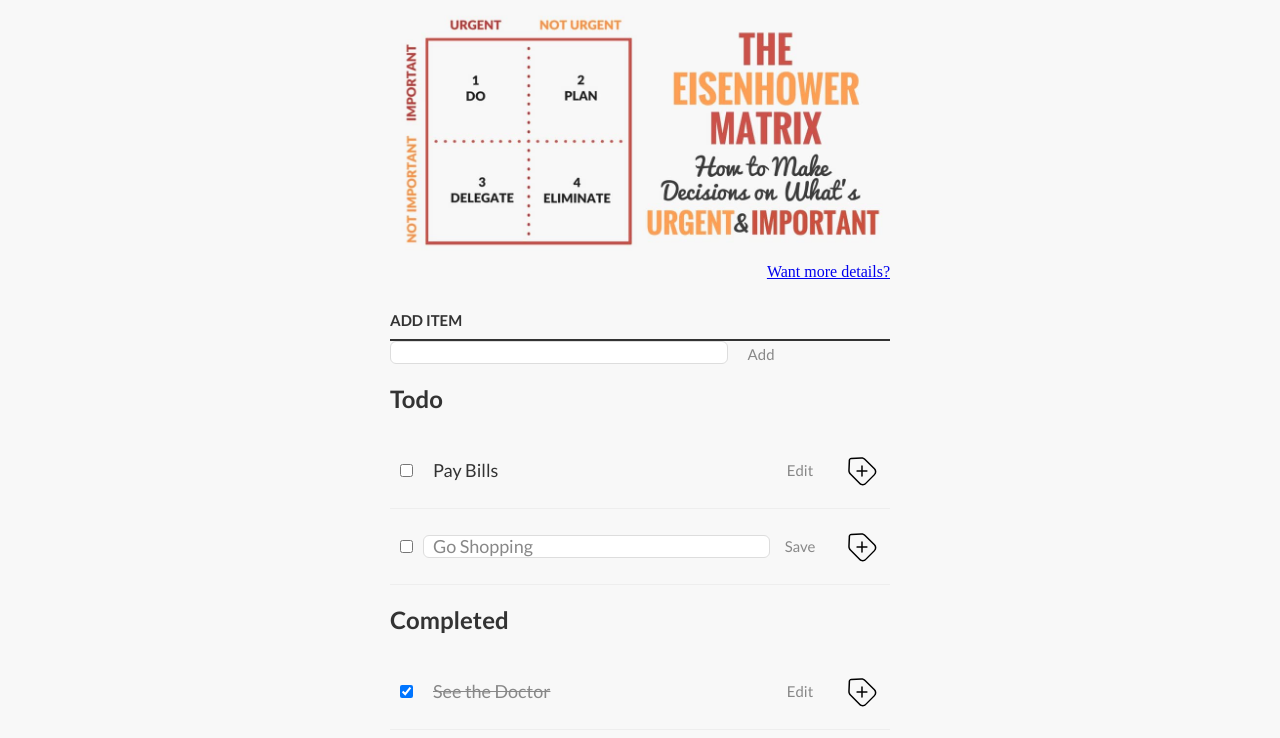
Repository: dev1siWoo/clean-code-s1e1
Page: index.html
The author's editor kept a copy of each file at every save. The page is drawn from the files as they stood at one save, then again after the next save.
The browser window is 1280 px wide. The pictures show the whole page.

Above is the page before, as saved 2024-01-08 22:59:59.

### index.html
<!DOCTYPE html>
<html>
    <head>
        <title>Todo App</title>
        <link
            href="https://fonts.googleapis.com/css?family=Lato:300,400,700"
            rel="stylesheet"
        >
        <link
            rel="stylesheet"
            href="style.css"
            media="screen"
            charset="utf-8"
        >
    </head>
    <body class="page">
        <header class="header">
            <img class="header-img" src="./eisenhower-matrix.jpg" alt="eisenhower-matrix">
            <a class="link" href="https://goal-life.com/page/method/matrix-eisenhower">Want more details?</a>
        </header>
        <main class="main">
            <section id="adding-section">
                <label class="label" for="new-task">Add Item</label>
                <div class="add-wrapper">
                    <input id="new-task" class="input task" type="text">
                    <button class="button">Add</button>
                </div>
            </section>
            <h2 class="subtitle">Todo</h2>
            <ul id="incomplete-tasks" class="list">
                <li class="list-item">
                    <input class="input" type="checkbox">
                    <label class="label task">Pay Bills</label>
                    <input type="text" class="input task">
                    <button class="button edit">Edit</button>
                    <button class="button delete">
                        <img class="delete-img" src="./remove.svg" alt="delete button">
                    </button>
                </li>
                <li class="list-item edit-mode">
                    <input class="input" type="checkbox">
                    <label class="label task">Go Shopping</label>
                    <input type="text" value="Go Shopping" class="input task">
                    <button class="button edit">Save</button>
                    <button class="button delete">
                        <img class="delete-img" src="./remove.svg" alt="delete button">
                    </button>
                </li>
            </ul>
            <h2 class="subtitle">Completed</h2>
            <ul id="completed-tasks" class="list">
                <li class="list-item">
                    <input class="input" type="checkbox" checked>
                    <label class="label task">See the Doctor</label>
                    <input type="text" class="input task">
                    <button class="button edit">Edit</button>
                    <button class="button delete">
                        <img class="delete-img" src="./remove.svg" alt="delete button">
                    </button>
                </li>
            </ul>
        </main>
        <script src="app.js"></script>
    </body>
</html>

### style.css
/* Basic Style */
.page {
  background-color: #f8f8f8;
  color: #333;
  font-family: Lato, sans-serif;
}

.header {
  width: 500px;
  margin: 0 auto;
  display: block;
  text-align: right;
}

.header-img {
  width: 100%;
}

.header .link {
  font-family: fantasy, cursive;
}

@media (max-width: 768px) {
  .header {
    text-align: center;
  }
}

.main {
  display: block;
  width: 500px;
  margin: 0 auto 0;
}

.task {
  width: 56%;
  display: inline-block;
  flex-grow: 1;
}

.adding-wrapper {
  display: flex;
}

.list {
  margin: 0;
  padding: 0px;
}

.list-item,
.subtitle {
  list-style: none;
}

.input,
.button{
  outline: none;
}

.button {
  background: none;
  border: 0px;
  color: #888;
  font-size: 15px;
  width: 60px;
  font-family: Lato, sans-serif;
  cursor: pointer;
}

.button:hover {
  color: #3a3a3a;
}

/* Heading */
h3,
.label[for='new-task'] {
  color: #333;
  font-weight: 700;
  font-size: 15px;
  border-bottom: 2px solid #333;
  padding: 30px 0 10px;
  margin: 0;
  text-transform: uppercase;
}

input[type="text"] {
  margin: 0;
  font-size: 18px;
  line-height: 18px;
  height: 21px;
  padding: 0 9px;
  border: 1px solid #ddd;
  background: #fff;
  border-radius: 6px;
  font-family: Lato, sans-serif;
  color: #888;
}

input[type="text"]:focus {
  color: #333;
}

/* New Task */
label[for="new-task"] {
  display: block;
  margin: 0 0 20px;
}

input#new-task {
  width: 318px;
}

/* Task list */
li {
  overflow: hidden;
  padding: 20px 0;
  border-bottom: 1px solid #eee;
  display: flex;
  justify-content: space-between;
  align-items: center;
}

li > * {
  vertical-align: middle;
}

li > input[type="checkbox"] {
  margin: 0 10px;
}

li > label {
  padding-left: 10px;
  box-sizing: border-box;
  font-size: 18px;
  width: 226px;
}

li >    input[type="text"] {
  width: 226px;
}

button.delete img {
  height: 2em;
  transform: rotateZ(45deg);
  transition: transform 200ms ease-in;
}

button.delete img:hover {
  transform: rotateZ(0);
}

/* Completed */
ul#completed-tasks label {
  text-decoration: line-through;
  color: #888;
}

/* Edit Task */
ul li input[type="text"] {
  display: none;
}

ul li.edit-mode input[type="text"] {
  display: inline-block;
  width: 224px;
}

ul li.edit-mode label {
  display: none;
}

### app.js
//Document is the DOM can be accessed in the console with document.window.
// Tree is from the top, html, body, p etc.

//Problem: User interaction does not provide the correct results.
//Solution: Add interactivity so the user can manage daily tasks.
//Break things down into smaller steps and take each step at a time.


// Event handling, user interaction is what starts the code execution.

var taskInput=document.getElementById("new-task");//Add a new task.
var addButton=document.getElementsByTagName("button")[0];//first button
var incompleteTaskHolder=document.getElementById("incomplete-tasks");//ul of #incomplete-tasks
var completedTasksHolder=document.getElementById("completed-tasks");//completed-tasks


//New task list item
var createNewTaskElement=function(taskString){

    var listItem=document.createElement("li");

    //input (checkbox)
    var checkBox=document.createElement("input");//checkbx
    //label
    var label=document.createElement("label");//label
    //input (text)
    var editInput=document.createElement("input");//text
    //button.edit
    var editButton=document.createElement("button");//edit button

    //button.delete
    var deleteButton=document.createElement("button");//delete button
    var deleteButtonImg=document.createElement("img");//delete button image

    listItem.className="list-item"

    label.innerText=taskString;
    label.className="label task";

    //Each elements, needs appending
    checkBox.type="checkbox";
    checkBox.className="input";
    editInput.type="text";
    editInput.className="input task";

    editButton.innerText="Edit"; //innerText encodes special characters, HTML does not.
    editButton.className="button edit";

    deleteButton.className="button delete";
    deleteButtonImg.src='./remove.svg';
    deleteButtonImg.className="delete-img";
    deleteButtonImg.setAttribute('alt', 'delete button');
    deleteButton.appendChild(deleteButtonImg);


    //and appending.
    listItem.appendChild(checkBox);
    listItem.appendChild(label);
    listItem.appendChild(editInput);
    listItem.appendChild(editButton);
    listItem.appendChild(deleteButton);
    return listItem;
}



var addTask=function(){
    console.log("Add Task...");
    //Create a new list item with the text from the #new-task:
    if (!taskInput.value) return;
    var listItem=createNewTaskElement(taskInput.value);

    //Append listItem to incompleteTaskHolder
    incompleteTaskHolder.appendChild(listItem);
    bindTaskEvents(listItem, taskCompleted);

    taskInput.value="";

}

//Edit an existing task.

var editTask=function(){
    console.log("Edit Task...");
    console.log("Change 'edit' to 'save'");


    var listItem=this.parentNode;

    var editInput=listItem.querySelector('input[type=text]');
    var label=listItem.querySelector("label");
    var editBtn=listItem.querySelector(".edit");
    var containsClass=listItem.classList.contains("edit-mode");
    //If class of the parent is .edit-mode
    if(containsClass){

        //switch to .edit-mode
        //label becomes the inputs value.
        label.innerText=editInput.value;
        editBtn.innerText="Edit";
    }else{
        editInput.value=label.innerText;
        editBtn.innerText="Save";
    }

    //toggle .edit-mode on the parent.
    listItem.classList.toggle("edit-mode");
};


//Delete task.
var deleteTask=function(){
    console.log("Delete Task...");

    var listItem=this.parentNode;
    var ul=listItem.parentNode;
    //Remove the parent list item from the ul.
    ul.removeChild(listItem);

}


//Mark task completed
var taskCompleted=function(){
    console.log("Complete Task...");

    //Append the task list item to the #completed-tasks
    var listItem=this.parentNode;
    completedTasksHolder.appendChild(listItem);
    bindTaskEvents(listItem, taskIncomplete);

}


var taskIncomplete=function(){
    console.log("Incomplete Task...");
//Mark task as incomplete.
    //When the checkbox is unchecked
    //Append the task list item to the #incomplete-tasks.
    var listItem=this.parentNode;
    incompleteTaskHolder.appendChild(listItem);
    bindTaskEvents(listItem,taskCompleted);
}



var ajaxRequest=function(){
    console.log("AJAX Request");
}

//The glue to hold it all together.


//Set the click handler to the addTask function.
addButton.onclick=addTask;
addButton.addEventListener("click",addTask);
addButton.addEventListener("click",ajaxRequest);


var bindTaskEvents=function(taskListItem,checkBoxEventHandler){
    console.log("bind list item events");
//select ListItems children
    var checkBox=taskListItem.querySelector("input[type=checkbox]");
    var editButton=taskListItem.querySelector("button.edit");
    var deleteButton=taskListItem.querySelector("button.delete");


    //Bind editTask to edit button.
    editButton.onclick=editTask;
    //Bind deleteTask to delete button.
    deleteButton.onclick=deleteTask;
    //Bind taskCompleted to checkBoxEventHandler.
    checkBox.onchange=checkBoxEventHandler;
}

//cycle over incompleteTaskHolder ul list items
//for each list item
for (var i=0; i<incompleteTaskHolder.children.length;i++){

    //bind events to list items chldren(tasksCompleted)
    bindTaskEvents(incompleteTaskHolder.children[i],taskCompleted);
}




//cycle over completedTasksHolder ul list items
for (var i=0; i<completedTasksHolder.children.length;i++){
    //bind events to list items chldren(tasksIncompleted)
    bindTaskEvents(completedTasksHolder.children[i],taskIncomplete);
}




// Issues with usability don't get seen until they are in front of a human tester.

//prevent creation of empty tasks.

//Change edit to save when you are in edit mode.

After the next save:
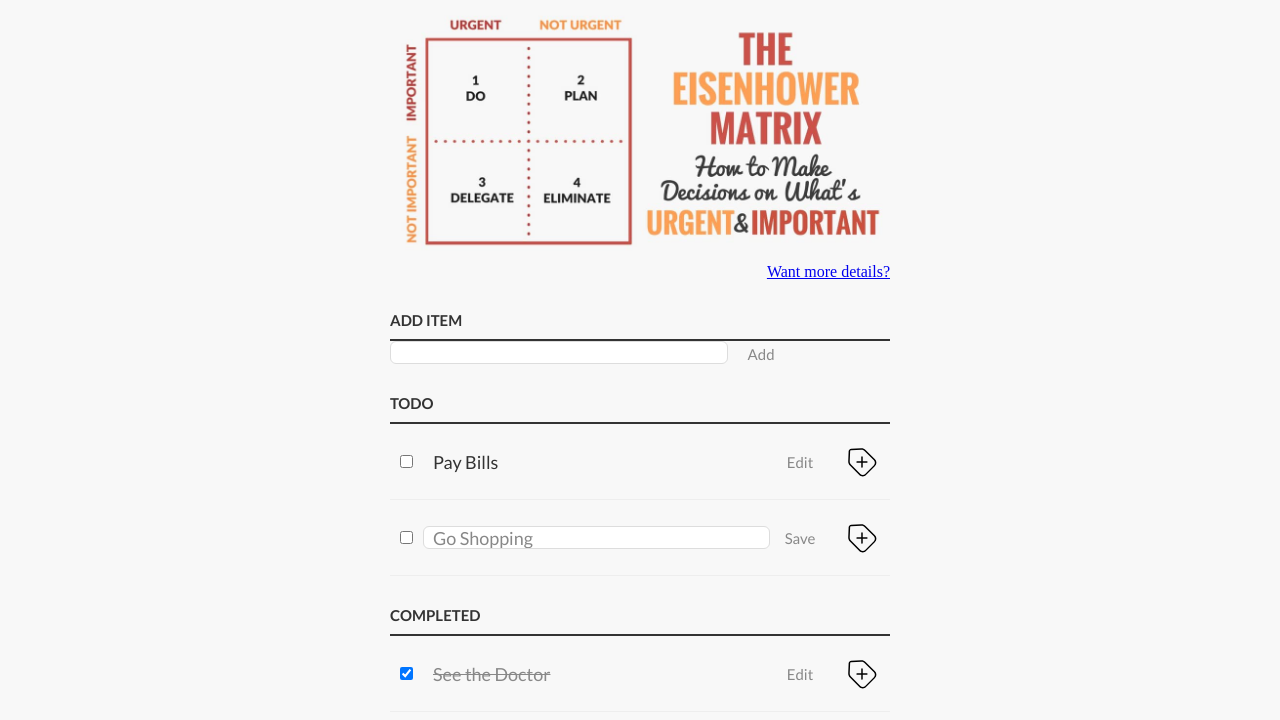
Saved 5 s later.
--- a/style.css
+++ b/style.css
@@ -72,7 +72,7 @@
 }
 
 /* Heading */
-h3,
+.subtitle,
 .label[for='new-task'] {
   color: #333;
   font-weight: 700;
